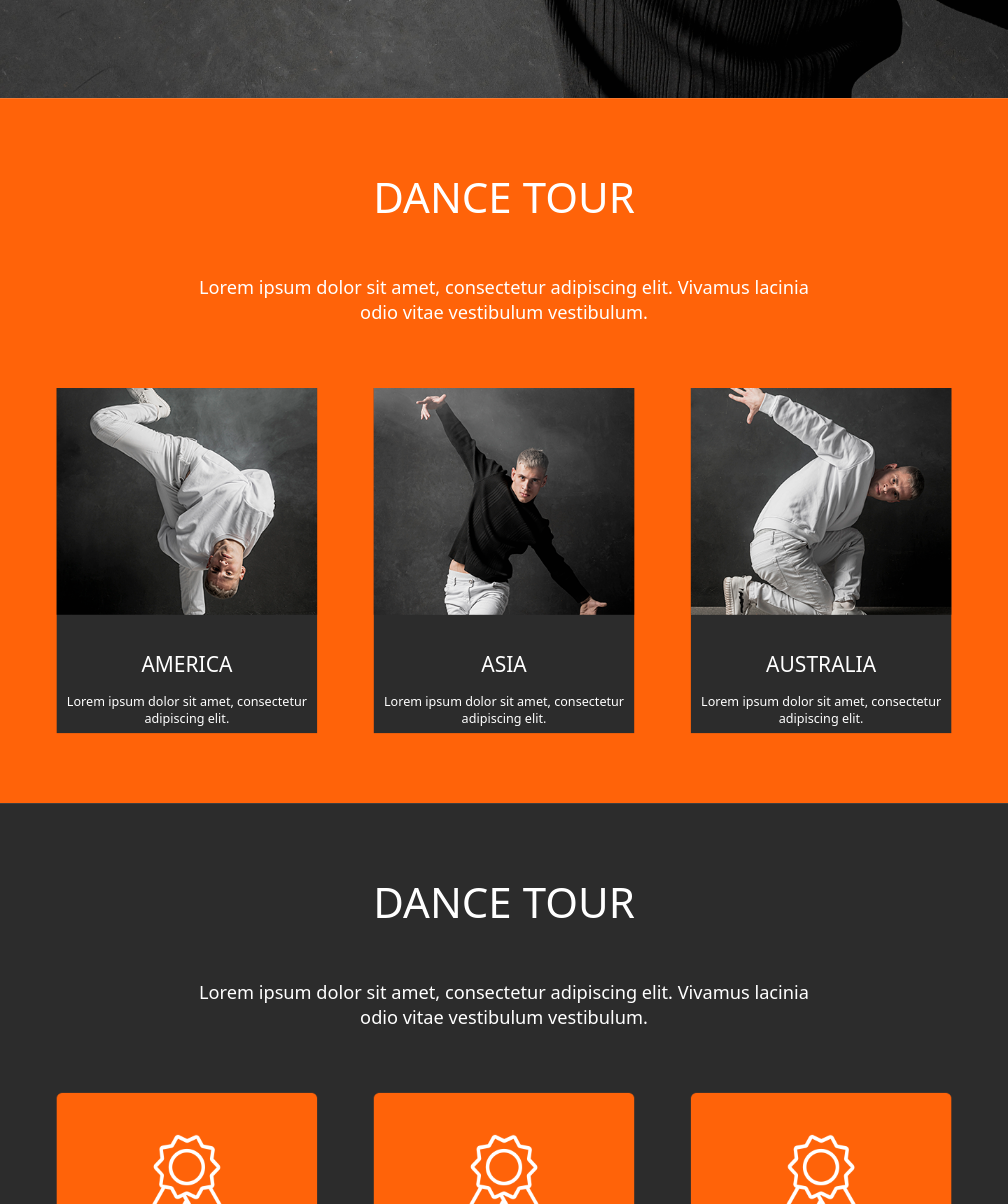
Repository: KinD2704/Web-University
Page: Bai30/index.html
These files come from the project's save history. The page is drawn as it stood at one moment and after the next save; the edit follows.
The browser window is 1280 px wide. The page is 1440 px wide, so the pictures cover 1440 px, including what lies to the right of the window. The pictures show the part of the page from y = 655 to 2375 px (the page is 5765 px tall before and 5648 px after), at 70% of full size.

Above is the page before, as saved 2023-12-23 22:00:05.

### Bai30/index.html
<!DOCTYPE html>
<html lang="en">
    <head>
        <meta charset="UTF-8" />
        <meta name="viewport" content="width=device-width, initial-scale=1.0" />
        <title>les 30 percent</title>
        <link rel="stylesheet" href="css/global.css" />
        <link rel="stylesheet" href="css/styles.css" />
    </head>
    <body>
        <!-- Header -->
        <header>
            <div class="container">
                <div>
                    <img src="img/logo.png" alt="logo" class="logo1" />
                </div>
                <div>
                    <ul>
                        <li><a href="#!">HOME</a></li>
                        <li><a href="#!">PRODUCT</a></li>
                        <li><a href="#!">FEEDBACK</a></li>
                        <li><a href="#!">ABOUT</a></li>
                        <li><a href="#!">CONTACT</a></li>
                    </ul>
                </div>
                <div>
                    <img src="img/search.png" alt="search" class="search" />
                </div>
            </div>
        </header>

        <div class="banner1"></div>
        <div class="banner2">
            <div class="banner2__container">
                <div class="banner2__text banner2__text1">
                    <p>Dance Tour</p>
                </div>
                <div class="banner2__text banner2__text2">
                    <p>
                        Lorem ipsum dolor sit amet, consectetur adipiscing elit.
                        Vivamus lacinia odio vitae vestibulum vestibulum.
                    </p>
                </div>
                <div class="banner2__item">
                    <div class="banner2__item1">
                        <img src="img/item1.png" alt="" />
                        <p>AMERICA</p>
                        <p>
                            Lorem ipsum dolor sit amet, consectetur adipiscing
                            elit.
                        </p>
                    </div>
                    <div class="banner2__item1">
                        <img src="img/item2.png" alt="" />
                        <p>ASIA</p>
                        <p>
                            Lorem ipsum dolor sit amet, consectetur adipiscing
                            elit.
                        </p>
                    </div>
                    <div class="banner2__item1">
                        <img src="img/item3.png" alt="" />
                        <p>AUSTRALIA</p>
                        <p>
                            Lorem ipsum dolor sit amet, consectetur adipiscing
                            elit.
                        </p>
                    </div>
                </div>
            </div>
        </div>
        <div class="banner3">
            <div class="banner2__container">
                <div class="banner2__text banner2__text1">
                    <p>Dance Tour</p>
                </div>
                <div class="banner2__text banner2__text2">
                    <p>
                        Lorem ipsum dolor sit amet, consectetur adipiscing elit.
                        Vivamus lacinia odio vitae vestibulum vestibulum.
                    </p>
                </div>
                <div class="banner2__item">
                    <div class="banner3__item1">
                        <div class="imgBasic"><img src="img/basic.png" alt=""></div>
                        <p>basic</p>
                        <p>Lorem ipsum dolor sit amet, consectetur adipiscing elit</p>
                        <div class="bannerBtn"><button>$150.00</button></div>
                    </div>
                    <div class="banner3__item1">
                        <div class="imgBasic"><img src="img/basic.png" alt="" /></div>
                        <p>Professional</p>
                        <p>Lorem ipsum dolor sit amet, consectetur adipiscing elit</p>
                        <div class="bannerBtn"><button>$200.00</button></div>
                    </div>
                    <div class="banner3__item1">
                        <div class="imgBasic"><img src="img/basic.png" alt="" /></div>
                        <p>Ultimate</p>
                        <p>Lorem ipsum dolor sit amet, consectetur adipiscing elit</p>
                        <div class="bannerBtn"><button>$250.00</button></div>
                    </div>
                </div>
        </div>
        <div class="banner4">
            <div class="banner4__container">
                <div class="banner4__item1">
                    <img src="img/anh-banner4.png" alt="">
                </div>
                <div class="banner4__item2">
                    <p class="p1">BREAKING DANCE</p>
                    <p class="p2">the dancers who perform it. Breaking is popular in many places, but many people do not understand it </p>
                    <div class="bannerBtn"><button class="banner5-Btn">READ MORE</button></div>
                </div>

            </div>
        </div>
        <div class="banner5">
            <div class="banner5__container">
                <div class="banner5__item1">
                    <p class="p1">STREET DANCE</p>
                    <p class="p2">Street dance is a type of dance genre that came to being outside the traditional dance studio</p>
                    <div class="bannerBtn"><button class="banner5-Btn">READ MORE</button></div>
                </div>
                <div class="banner5__item2">
                    <img src="img/anh-banner5.png" alt="">
                </div>
            </div>
        </div>
        <div class="banner6">
            <div class="banner2__container">
                <div class="banner2__text banner2__text1">
                    <p>Dance Tour</p>
                </div>
                <div class="banner2__text banner2__text2">
                    <p>
                        Lorem ipsum dolor sit amet, consectetur adipiscing elit.
                        Vivamus lacinia odio vitae vestibulum vestibulum.
                    </p>
                </div>
                <div class="banner2__item">
                    <div class="banner2__item1">
                    </div>
                    <div class="banner2__item1">
                    </div>
                    <div class="banner2__item1">
                    </div>
                </div>
        </div>
        <div class="banner7"></div>
        <div class="banner8"></div>
        <div class="banner9"></div>

        <!-- Footer -->
        <footer></footer>
    </body>
</html>

### Bai30/css/global.css
.text-up {
    text-transform: uppercase;
}

### Bai30/css/styles.css
* {
    margin: 0;
    padding: 0;
    font-family: system-ui, -apple-system, BlinkMacSystemFont, "Segoe UI",
        Roboto, Oxygen, Ubuntu, Cantarell, "Open Sans", "Helvetica Neue",
        sans-serif;
    box-sizing: border-box;
}
body {
    width: 1440px;
    margin: 0 auto;
}
/* Header */
header {
    position: fixed;
    width: 1440px;
    height: 103px;
    background-color: #303030;
}
.container {
    display: flex;
    justify-content: space-around;
    line-height: 103px;
}
.container .search {
    font-size: 28px;
    margin-top: 40px;
}
.container .logo1 {
    margin-top: 20px;
}
header ul li {
    display: inline-block;
}
header ul li a {
    text-decoration: none;
    color: #ffffff;
    font-size: 20px;
    margin: 0 20px;
    transition: 0.5s;
}
header ul li:hover a {
    color: orange;
}
/* banner 1 */
.banner1 {
    background-image: url("../img/banner1.png");
    height: 796px;
    background-repeat: no-repeat;
    background-size: cover;
    z-index: 0;
}
/* banner 2 */
.banner2 {
    background-image: url("../img/banner2.png");
    /* height: 974px; */
}
.banner2__container {
    padding: 100px 0;
}
.banner2__container .banner2__text p {
    color: #ffffff;
}

.banner2__item {
    display: flex;
    justify-content: space-evenly;
}
.banner2__text1 p {
    font-size: 60px;
    text-align: center;
    text-transform: uppercase;
}
.banner2__text2 p {
    font-size: 26px;
    text-align: center;
    width: 892px;
    margin: 0 auto;
    margin-top: 70px;
    margin-bottom: 90px;
}
/* item */
.banner2__item1 {
    background-image: url("/img/background-item.png");
    width: 372px;
    height: 493px;
}

.banner2__item1 p {
    color: #ffffff;
    width: 372px;
}
.banner2__item1 p:first-of-type {
    display: block;
    font-size: 30px;
    text-align: center;
    margin-top: 45px;
}
.banner2__item1 p:last-of-type {
    display: block;
    font-size: 18px;
    text-align: center;
    margin-bottom: 40px;
    margin-top: 20px;
}

/* banner3 */
.banner3 {
    background-image: url("../img/banner3.png");
    height: 974px;
}
.banner3__item1 {
    color: white;
    background-image: url("../img/background-item-1.png");
    width: 372px;
    height: 493px;
}
.banner3__item1 .imgBasic {
    width: 372px;
    text-align: center;
    margin: 60px auto;
}
.banner3__item1 p:first-of-type {
    display: block;
    font-size: 30px;
    text-align: center;
    text-transform: uppercase;
    margin-bottom: 30px;
}
.banner3__item1 p:last-of-type {
    display: block;
    font-size: 18px;
    text-align: center;
    margin-bottom: 30px;
}
.banner3__item1 .bannerBtn {
    margin: 0 auto;
    width: 372px;
    text-align: center;
}
.banner3__item1 button,
.banner5-Btn {
    height: 70px;
    width: 80%;
    text-align: center;
    color: white;
    background-color: #303030;
    border-radius: 5px;
    font-size: 20px;
    transition: 0.5s;
}
.bannerBtn:hover button,
.bannerBtn:hover .banner5-Btn {
    background-color: gold;
    cursor: pointer;
    color: sienna;
}
/* Banner 4 */
.banner4 {
    background-image: url("../img/banner4.png");
    height: 974px;
}
.banner4__container,
.banner5__container {
    display: flex;
}
.banner4__item1,
.banner4__item2,
.banner5__item1,
.banner5__item2 {
    flex-basis: 50%;
}
.banner4__item1 img,
.banner5__item2 img {
    width: 100%;
    height: 974px;
    object-fit: cover;
}
.banner4__item2,
.banner5__item1 {
    color: white;
    padding-left: 60px;
}
/* Banner 5 */
.banner5 {
    background-image: url("../img/banner5.png");
    height: 974px;
}
.banner5-Btn {
    width: 40%;
    margin-bottom: 270px;
}
.p1 {
    font-size: 60px;
    text-transform: uppercase;
    margin-top: 300px;
}
.p2 {
    font-size: 26px;
    margin: 0 auto;
    margin-top: 70px;
    margin-bottom: 90px;
}
/* banner 6 */
.banner6 {
    background-image: url("../img/banner6.png");
    height: 974px;
}

### Bai30/css/reset.css
article,
aside,
details,
figcaption,
figure,
footer,
header,
hgroup,
menu,
nav,
section {
    display: block;
}
body {
    line-height: 1;
}
ol,
ul {
    list-style: none;
}
blockquote,
q {
    quotes: none;
}
blockquote:before,
blockquote:after,
q:before,
q:after {
    content: "";
    content: none;
}
table {
    border-collapse: collapse;
    border-spacing: 0;
}

After the next save:
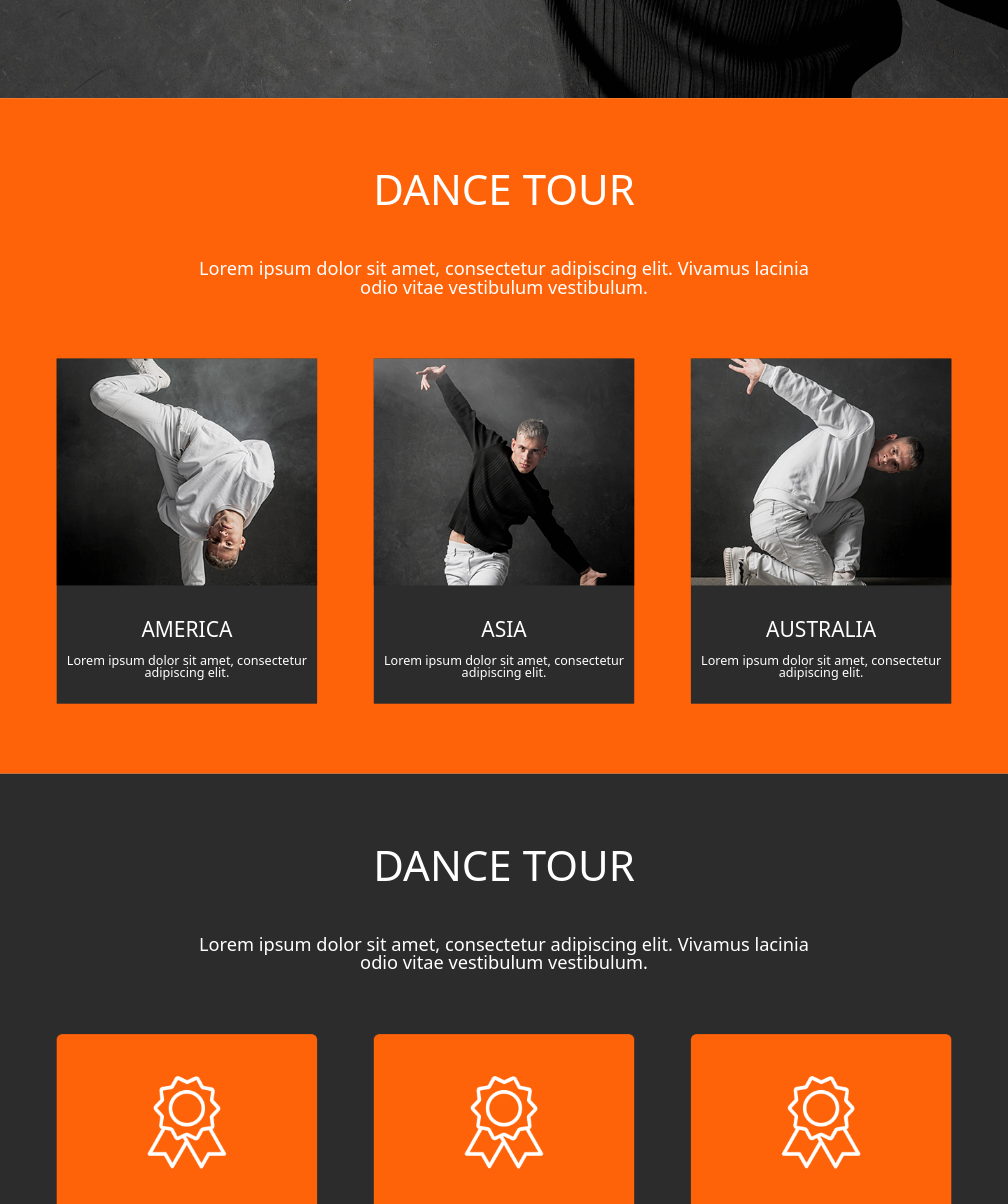
Saved 12 s later.
--- a/Bai30/index.html
+++ b/Bai30/index.html
@@ -4,7 +4,8 @@
         <meta charset="UTF-8" />
         <meta name="viewport" content="width=device-width, initial-scale=1.0" />
         <title>les 30 percent</title>
-        <link rel="stylesheet" href="css/global.css" />
+        <link rel="stylesheet" href="css/reset.css" />
+        <link rel="stylesheet" href="css/global.css">
         <link rel="stylesheet" href="css/styles.css" />
     </head>
     <body>
@@ -129,7 +130,7 @@
         <div class="banner6">
             <div class="banner2__container">
                 <div class="banner2__text banner2__text1">
-                    <p>Dance Tour</p>
+                    <p class="text-up">Our Statistics</p>
                 </div>
                 <div class="banner2__text banner2__text2">
                     <p>
